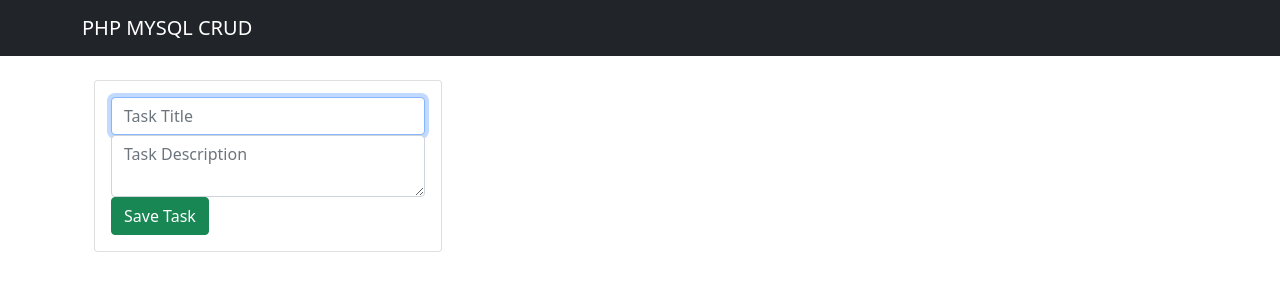
Repository: NickArregoces/Task_Crud
Page: http://localhost/
The author's editor kept a copy of each file at every save. The page is drawn from the files as they stood at one save, then again after the next save.
The browser window is 1280 px wide. The pictures show the whole page.
Some web libraries are served in a nearby version. The page is run by PHP 8.4 with error messages shown; the project is at /var/www/html/.

Above is the page before, as saved 2022-03-19 07:09:44.

### index.php
<?php include("db.php") ?>

<?php include("includes/header.php") ?>

<div class="container p-4">
    <div class="row">
        <div class="col-md-4">

            <!-- <?php if (isset($_SESSION ['message'])){  ?>
                <div class="alert alert-<?=$_SESSION['message_type'];?> alert-dismissible fade show" role="alert">
                <?= $_SESSION ['message'] ?>
                <button type="button" class="btn-close" data-bs-dismiss="alert" aria-label="Close"> <span aria-hidden="true">&times;</span></button>
                </div>
            <?php session_unset(); }  ?> -->

            <div class="card card-body"><!--tarjeta-->
                <form action="save_task.php" method="POST">
                    <div class="form-group">
                        <input type="text" name="title" class ="form-control" placeholder ="Task Title" autofocus>
                    </div>
                    <div class="form-group">
                        <textarea name="description"  rows="2" class ="form-control" placeholder="Task Description"></textarea>
                    </div>
                    <input type="submit" class="btn btn-success btn-block" name ="save_task" value="Save Task">
                </form>
            </div>
        </div>

        <div class="col-md-8">

        </div>
    </div>
</div>

<?php include("includes/footer.php") ?>

### db.php
<?php

// session_star();

$conn = mysqli_connect( //var
    'localhost',//dominio
    'root',//usuario
    '',//constraseña
    'Php_mysql_CRUD'//database
);

?>

### includes/header.php
<!DOCTYPE html>
<html lang="en">
<head>
    <meta charset="UTF-8">
    <meta http-equiv="X-UA-Compatible" content="IE=edge">
    <meta name="viewport" content="width=device-width, initial-scale=1.0">
    <title>Task</title>
    <!--Bootstrap-->
    <link href="https://cdn.jsdelivr.net/npm/bootstrap@5.1.3/dist/css/bootstrap.min.css" rel="stylesheet" integrity="sha384-1BmE4kWBq78iYhFldvKuhfTAU6auU8tT94WrHftjDbrCEXSU1oBoqyl2QvZ6jIW3" crossorigin="anonymous">

</head>
<body>

<nav class="navbar navbar-dark bg-dark">
    <div class="container"> <!--centrar div-->
        <a href="index.php" class="navbar-brand">PHP MYSQL CRUD</a>
    </div>

</nav>

### includes/footer.php
    <!--Scripts-->
    <script src="https://cdn.jsdelivr.net/npm/bootstrap@5.1.3/dist/js/bootstrap.min.js" integrity="sha384-QJHtvGhmr9XOIpI6YVutG+2QOK9T+ZnN4kzFN1RtK3zEFEIsxhlmWl5/YESvpZ13" crossorigin="anonymous"></script>
    <script src="https://cdn.jsdelivr.net/npm/bootstrap@5.1.3/dist/js/bootstrap.bundle.min.js" integrity="sha384-ka7Sk0Gln4gmtz2MlQnikT1wXgYsOg+OMhuP+IlRH9sENBO0LRn5q+8nbTov4+1p" crossorigin="anonymous"></script>

    <script src="https://cdn.jsdelivr.net/npm/@popperjs/core@2.10.2/dist/umd/popper.min.js" integrity="sha384-7+zCNj/IqJ95wo16oMtfsKbZ9ccEh31eOz1HGyDuCQ6wgnyJNSYdrPa03rtR1zdB" crossorigin="anonymous"></script>

    </body>
</html>

After the next save:
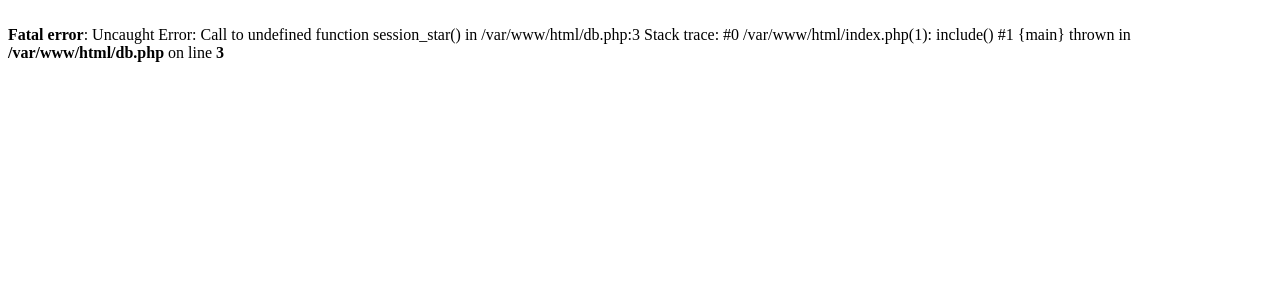
Saved 12 s later.
--- a/db.php
+++ b/db.php
@@ -1,6 +1,6 @@
 <?php
 
-// session_star();
+session_star();
 
 $conn = mysqli_connect( //var
     'localhost',//dominio

After the save that followed:
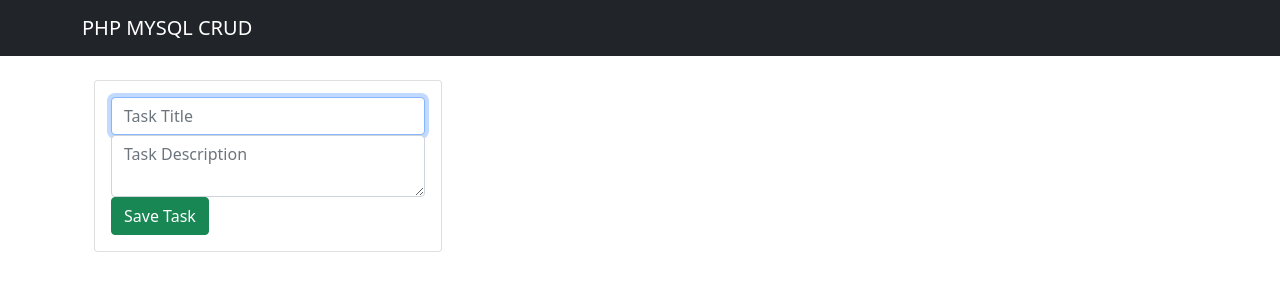
Saved 11 s later.
--- a/db.php
+++ b/db.php
@@ -1,6 +1,6 @@
 <?php
 
-session_star();
+// session_star();
 
 $conn = mysqli_connect( //var
     'localhost',//dominio
